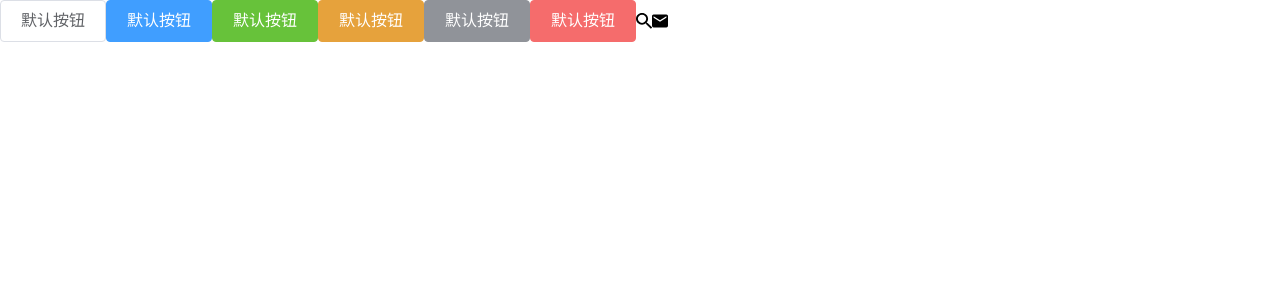
Repository: onlyadaydreamer/dreamer-ui
Page: /
These files come from the project's save history. The page is drawn as it stood at one moment and after the next save; the edit follows.
The browser window is 1280 px wide. The pictures show the whole page.
The project was rebuilt for these pictures with package versions that can differ from the ones it lists, and the page was loaded fresh each time. Also part of the build but not shown: src/styles/icon.js, src/packages/index.js.

Above is the page before, as saved 2020-05-13 15:18:06.

### src/main.js
import Vue from 'vue'
import App from './App.vue'

Vue.config.productionTip = false

import dreamerUI from './packages/index';
Vue.use(dreamerUI);

new Vue({
  render: h => h(App),
}).$mount('#app')

### src/App.vue
<template>
  <div id="app">
    <dreamer-button>默认按钮</dreamer-button>
    <dreamer-button type="primary">默认按钮</dreamer-button>
    <dreamer-button type="success">默认按钮</dreamer-button>
    <dreamer-button type="warning">默认按钮</dreamer-button>
    <dreamer-button type="info">默认按钮</dreamer-button>
    <dreamer-button type="danger">默认按钮</dreamer-button>

    <dreamer-icon icon="search"></dreamer-icon>
    <dreamer-icon icon="email"></dreamer-icon>
  </div>
</template>

<script>

export default {

}
</script>

<style lang="scss">

</style>

### src/packages/button.vue
<template>
    <button class="dreamer-button" :class="btnClass">
        <span v-if="this.$slots.default">
            <slot></slot>
        </span>
    </button>
</template>

<script>
export default {
    name: 'dreamer-button',
    props: {
        type: {
            type: String,
            default: '',
            validator(type) {
                if (type && !['primary', 'success', 'warning', 'info', 'danger'].includes(type)) {
                    console.error('type类型必须为' + ['primary', 'success', 'warning', 'info', 'danger'].join('、'));
                }
                return true;
            }
        }
    },
    computed: {
        btnClass() {
            let classes = [];
            if (this.type) {
                classes.push(`dreamer-button-${this.type}`);
            }
            return classes;
        }
    }
}
</script>

<style lang="scss">
@import '../styles/_var.scss';
$height: 42px;
$font-size: 16px;
$color: #606266;
$border-color: #dcdfe6;
$background: #ecf5ff;
$active-color: #3a8ee6;

.dreamer-button {
  border-radius: $border-radius;
  border: 1px solid $border-color;
  color: $color;
  background: #fff;
  height: 42px;
  cursor: pointer;
  font-size: $font-size;
  line-height: 1;
  padding: 12px 20px;
  display: inline-flex;
  justify-content: center;
  vertical-align: middle;
  &:hover {
      border-color: $border-color;
      background-color: $background;
  }
  &:focus, &:active {
      color: $active-color;
      border: 1px solid $active-color;
      outline: none;
      background-color: $background;
  }
//   &-primary {}
//   &-success {}
//    ... 这么一遍一遍写太麻烦
@each $type, $color in (primary: $primary, success: $success, info: $info, warning: $warning, danger: $danger) {
    &-#{$type} {
        background: #{$color};
        border: 1px solid #{$color};
        color: #fff;
    }
}
@each $type, $color in (primary: $primary-hover, success: $success-hover, info: $info-hover, warning: $warning-hover, danger: $danger-hover) {
    &-#{$type}:hover {
        background: #{$color};
        border: 1px solid #{$color};
        color: #fff;
    }
}
@each $type, $color in (primary: $primary-active, success: $success-active, info: $info-active, warning: $warning-active, danger: $danger-active) {
    &-#{$type}:active,&-#{$type}:focus {
        background: #{$color};
        border: 1px solid #{$color};
        color: #fff;
    }
}
}
</style>

### src/packages/icon.vue
<template>
   <svg class="dreamer-icon" aria-hidden="true">
        <use :xlink:href="`#icon-${icon}`"></use>
    </svg>
</template>

<script>
import '../styles/icon';
export default {
    name: 'dreamer-icon',
    props: {
        icon: {
            type: String,
            required: true
        }
    }
}
</script>

<style lang="scss">
.dreamer-icon {
       width: 1em; height: 1em;
       vertical-align: middle;
       fill: currentColor;
       overflow: hidden;
    }
</style>

### src/styles/_var.scss
$border-radius: 4px;

$primary: #409EFF;
$success: #67C23A;
$warning: #E6A23C;
$danger: #F56C6C;
$info: #909399;

$primary-hover: #66B1FF;
$success-hover: #85CE61;
$warning-hover: #EBB563;
$danger-hover: #F78989;
$info-hover: #A6A9AD;

$primary-active: #3A8EE6;
$success-active: #5DAF34;
$warning-active: #CF9236;
$danger-active: #DD6161;
$info-active: #82848A;

* {
    padding: 0;
    margin: 0;
    box-sizing: border-box;
}

Loaded but not shown: public/index.html (common file)

After the next save:
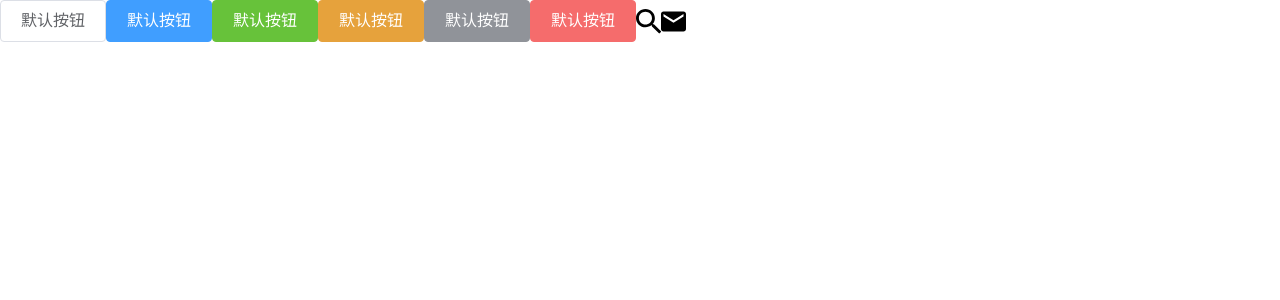
Saved 26 s later.
--- a/src/packages/icon.vue
+++ b/src/packages/icon.vue
@@ -19,9 +19,8 @@ export default {
 
 <style lang="scss">
 .dreamer-icon {
-       width: 1em; height: 1em;
+       width: 25px;
+       height: 25px;
        vertical-align: middle;
-       fill: currentColor;
-       overflow: hidden;
     }
 </style>
